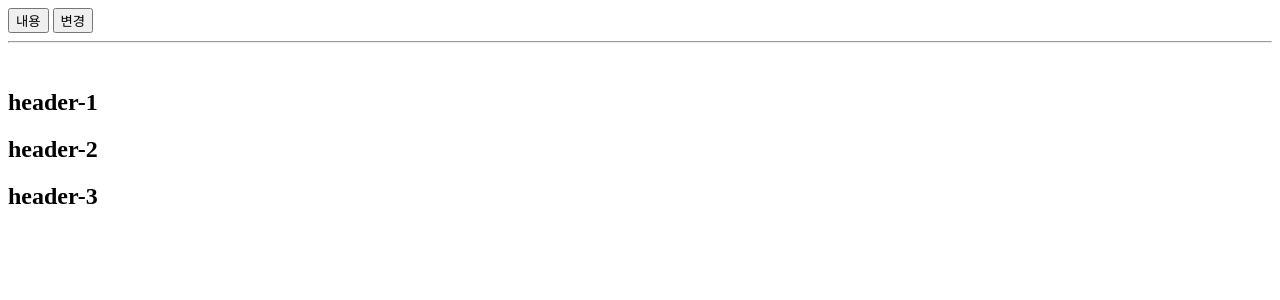
Repository: KYJIN1024/kic_jquery
Page: http://localhost/JQueryEx01/jquery37.jsp
These files come from the project's save history. The page is drawn as it stood at one moment and after the next save; the edit follows.
The browser window is 1280 px wide. The pictures show the whole page.
The page is served by Tomcat 9.

Above is the page before, as saved 2023-05-16 06:35:49.
Console error: TypeError: Cannot set properties of null (setting 'onclick')

After the next save:
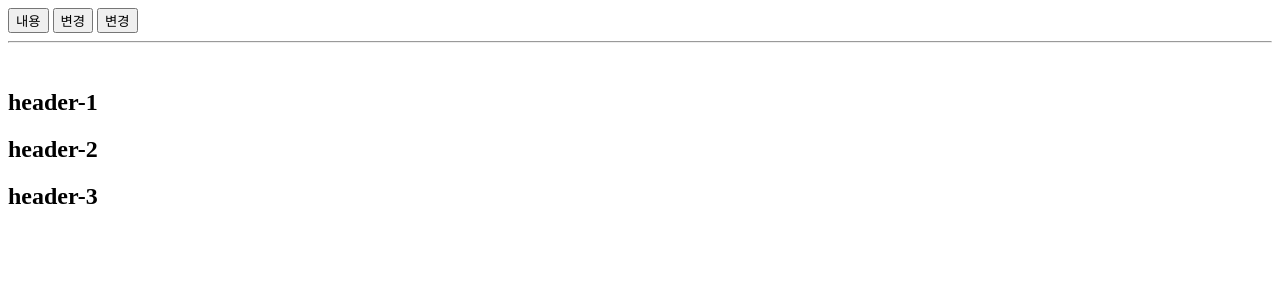
The error is gone.
Saved 24 s later.
--- a/JQueryEx01/src/main/webapp/jquery37.jsp
+++ b/JQueryEx01/src/main/webapp/jquery37.jsp
@@ -29,6 +29,7 @@
 <body>
 <button id="btn1">내용</button>
 <button id="btn2">변경</button>
+<button id="btn3">변경</button>
 <br /><hr /><br />
 <h2>header-1</h2>
 <h2>header-2</h2>
